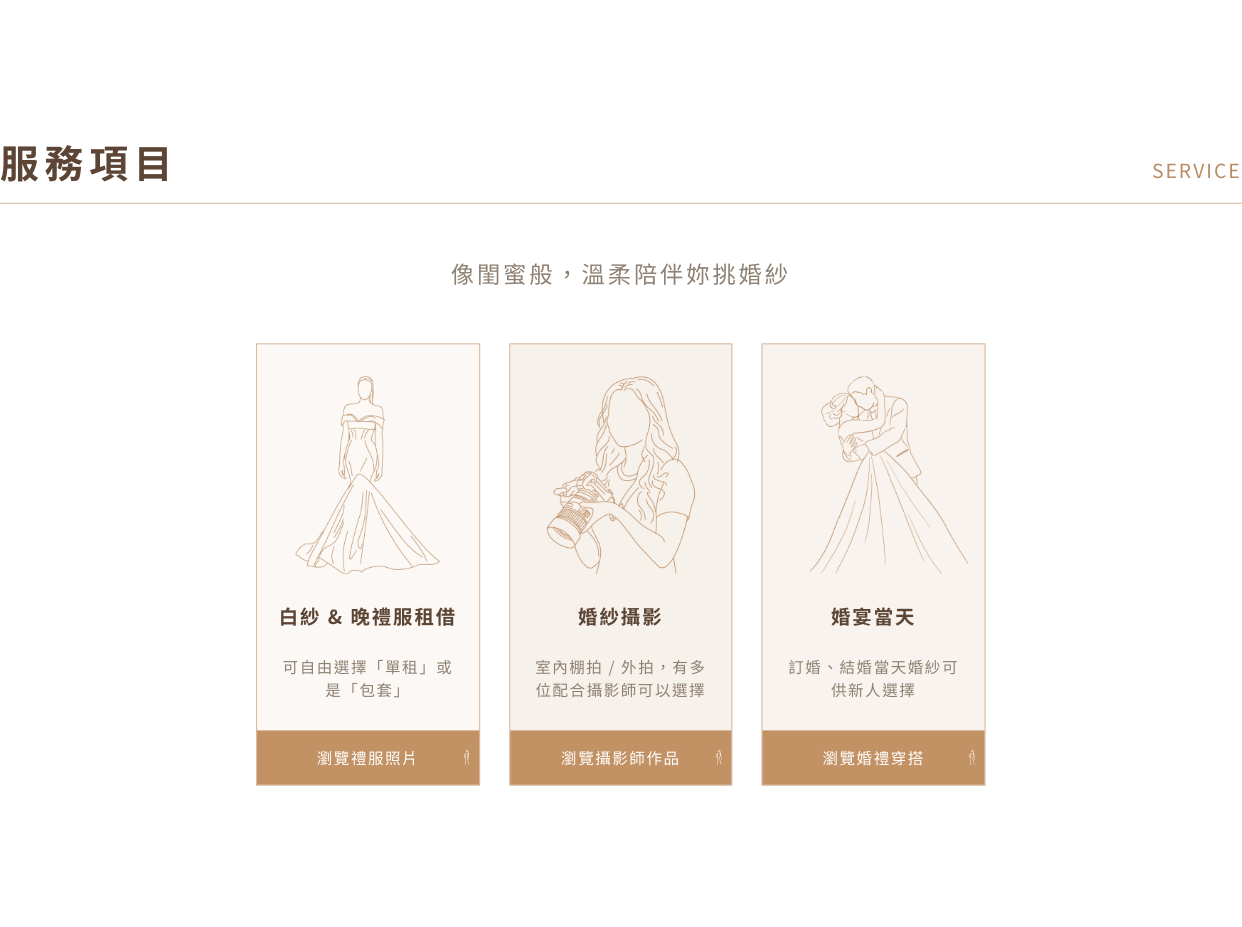
Repository: Jeffrey0117/lin-page
Page: 02.html
An editor plug-in stored every save of this project. The page is shown before and after the next save, followed by the edit.
The browser window is 1280 px wide. The pictures show the whole page, at 97% of full size.

Above is the page before, as saved 2025-11-19 18:18:42.

After the next save:
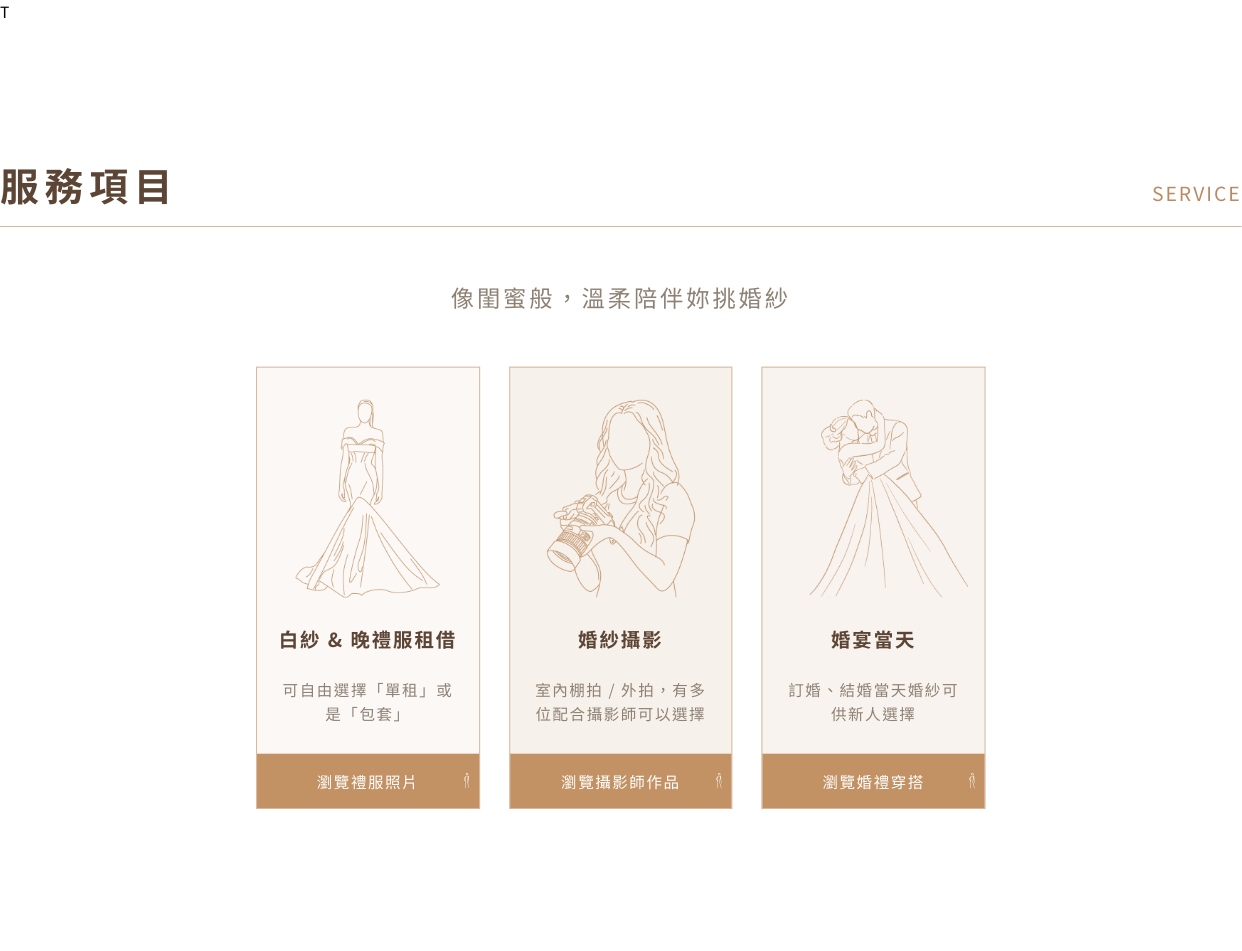
Saved 57 s later.
--- a/02.html
+++ b/02.html
@@ -1,4 +1,4 @@
-<!DOCTYPE html>
+T<!DOCTYPE html>
 <html lang="zh-Hant">
 <head>
     <meta charset="UTF-8">
